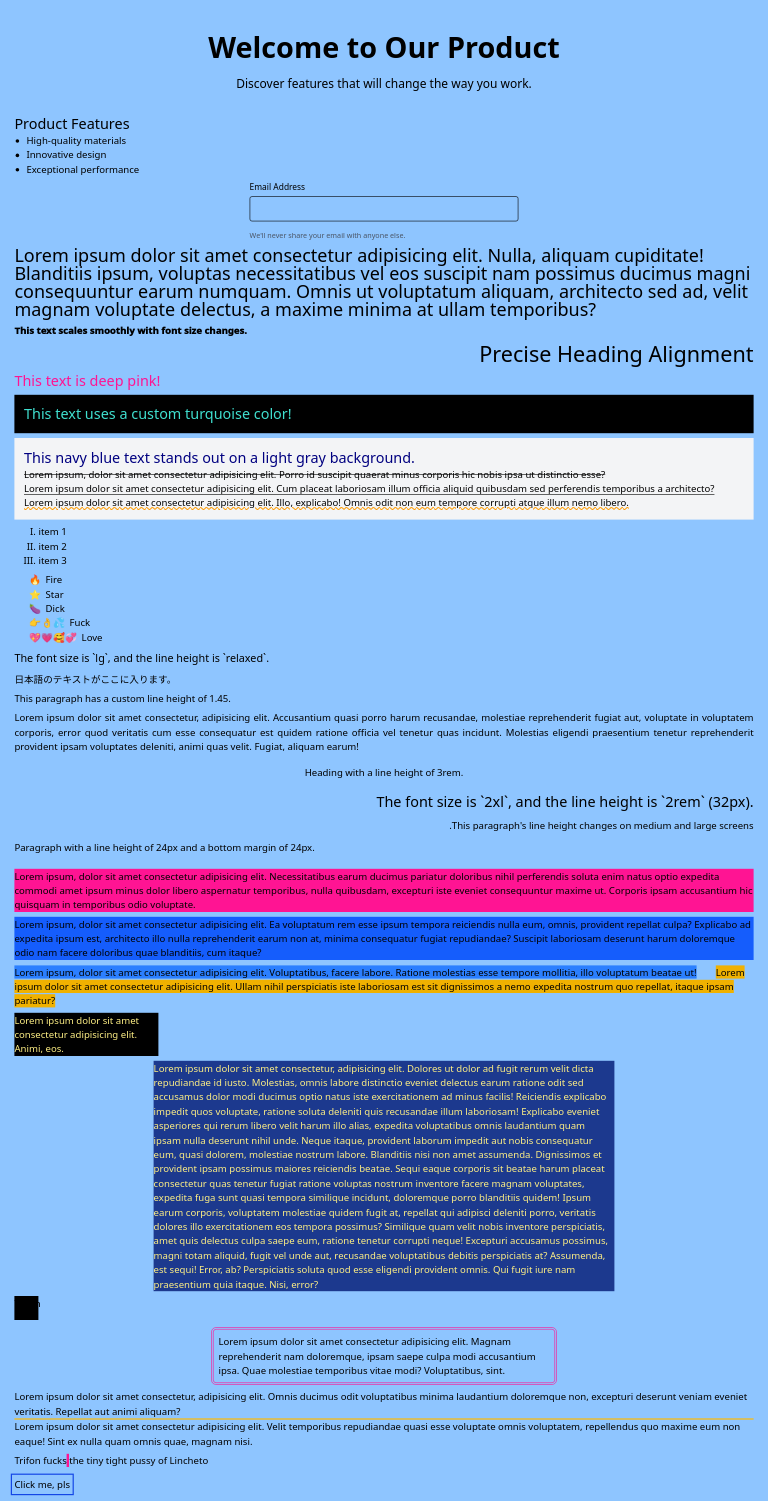
Repository: DinTri/TailwindCss
Page: index.html
These files come from the project's save history. The page is drawn as it stood at one moment and after the next save; the edit follows.
The browser window is 1280 px wide. The pictures show the whole page, at 60% of full size.
Some web fonts or font styles are not loaded; a fallback is used.

Above is the page before, as saved 2025-06-11 22:22:07.

After the next save:
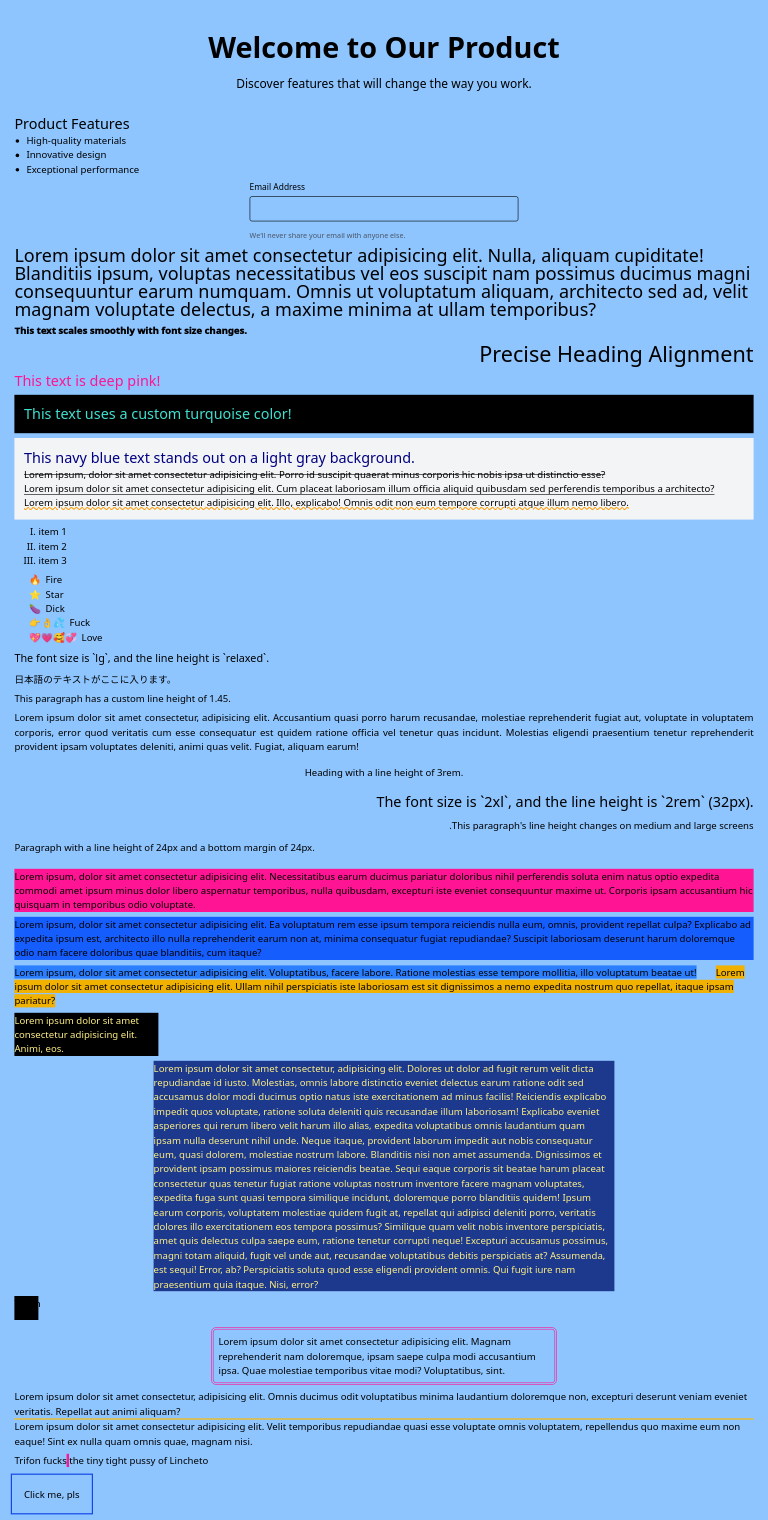
Saved 28 s later.
--- a/index.html
+++ b/index.html
@@ -111,7 +111,7 @@
   <p class="">Lorem ipsum dolor sit amet consectetur adipisicing elit. Velit temporibus repudiandae quasi esse voluptate omnis voluptatem, repellendus quo maxime eum non eaque! Sint ex nulla quam omnis quae, magnam nisi.</p>
 </div>
 <div class="divide-x-4 divide-[#ff1493] mb-4"><span>Trifon fucks</span><span>the tiny tight pussy of Lincheto</span></div>
-<button class="outline-2 outline-blue-700 outline-offset-4">Click me, pls</button>
+<button class="outline-2 outline-blue-700 outline-offset-4 p-4">Click me, pls</button>
   </div>
   </body>
 </html>
